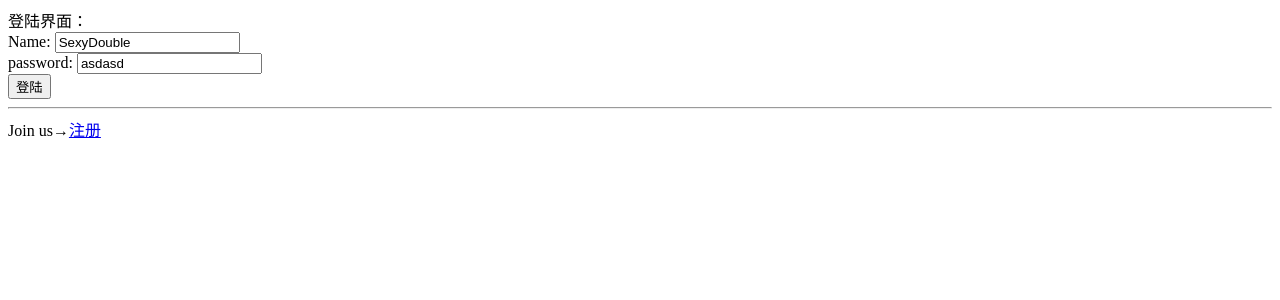
Repository: hbisheng/Academic-portal-website
Page: http://localhost/NewInfo/account/regain.jsp
The author's editor kept a copy of each file at every save. The page is drawn from the files as they stood at one save, then again after a run of saves.
The browser window is 1280 px wide. The pictures show the whole page.
The page is served by Tomcat 9. Other server files are loaded and not shown.

Above is the page before, as saved 2014-09-20 22:27:42.

### Java_info/NewInfo/WebContent/account/regain.jsp
<%@page import="mail.MailTest" %>
<%@page import="edu.thu.cs.*"%>
<%@page import="jdbc.*"%>

<%@ page language="java" contentType="text/html; charset=UTF-8"
    pageEncoding="UTF-8"%>
<!DOCTYPE html PUBLIC "-//W3C//DTD HTML 4.01 Transitional//EN" "http://www.w3.org/TR/html4/loose.dtd">
<html>
<head>
<meta http-equiv="Content-Type" content="text/html; charset=UTF-8">
<title>Insert title here</title>
</head>
<body>

	<form name="登陆"action="regain.jsp" method="post">
	登陆界面：
	<br/>
	Name:
	<input type="text" name="name" value = "SexyDouble"/>
	<br />
	password:
	<input type="text" name="password" value= "asdasd" />
	<br/>
	<input type="submit" value="登陆" />
	</form>
<%
		try {
			String a = request.getParameter("name");
			String b = request.getParameter("password");
			if(a != null && b != null){
				JdbcDao jdbc = new JdbcDao();
				User tmp = new User(); tmp.account = a;
				User tar = jdbc.getUser(tmp);
				if(tar != null)
					if(tar.password.equals(b))
					{
						%><br>你好！<%=tar.realname%> <br>过一秒钟后自动跳转到主页<%
						session.setAttribute("user", tar);
						response.setHeader("refresh","1;url=../home.jsp");
					}
			}
		} catch (Exception e) {
			System.out.println(e);
		}
%>

<hr>Join us→<a href="register.jsp">注册</a>
</body>
</html>

After the next 4 saves:
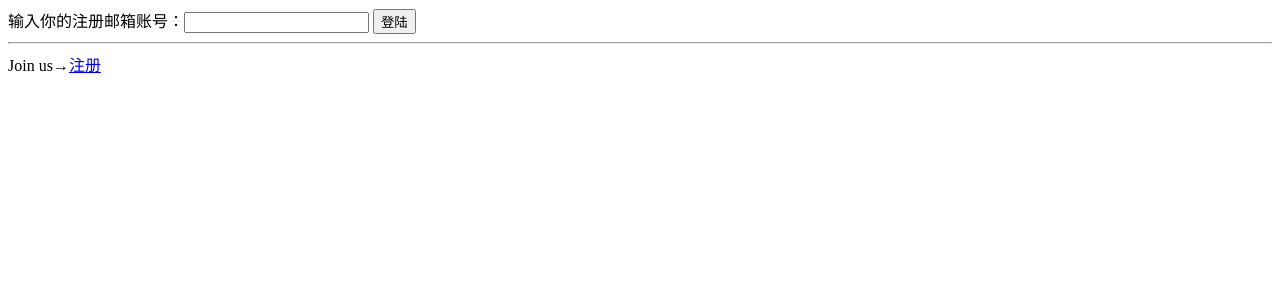
The 4 saves are shown as one change because they came seconds apart.
The last was saved 46 s later.
--- a/Java_info/NewInfo/WebContent/account/regain.jsp
+++ b/Java_info/NewInfo/WebContent/account/regain.jsp
@@ -13,14 +13,7 @@
 <body>
 
 	<form name="登陆"action="regain.jsp" method="post">
-	登陆界面：
-	<br/>
-	Name:
-	<input type="text" name="name" value = "SexyDouble"/>
-	<br />
-	password:
-	<input type="text" name="password" value= "asdasd" />
-	<br/>
+	输入你的注册邮箱账号：<input type = "textfield" name = "account"/>
 	<input type="submit" value="登陆" />
 	</form>
 <%
